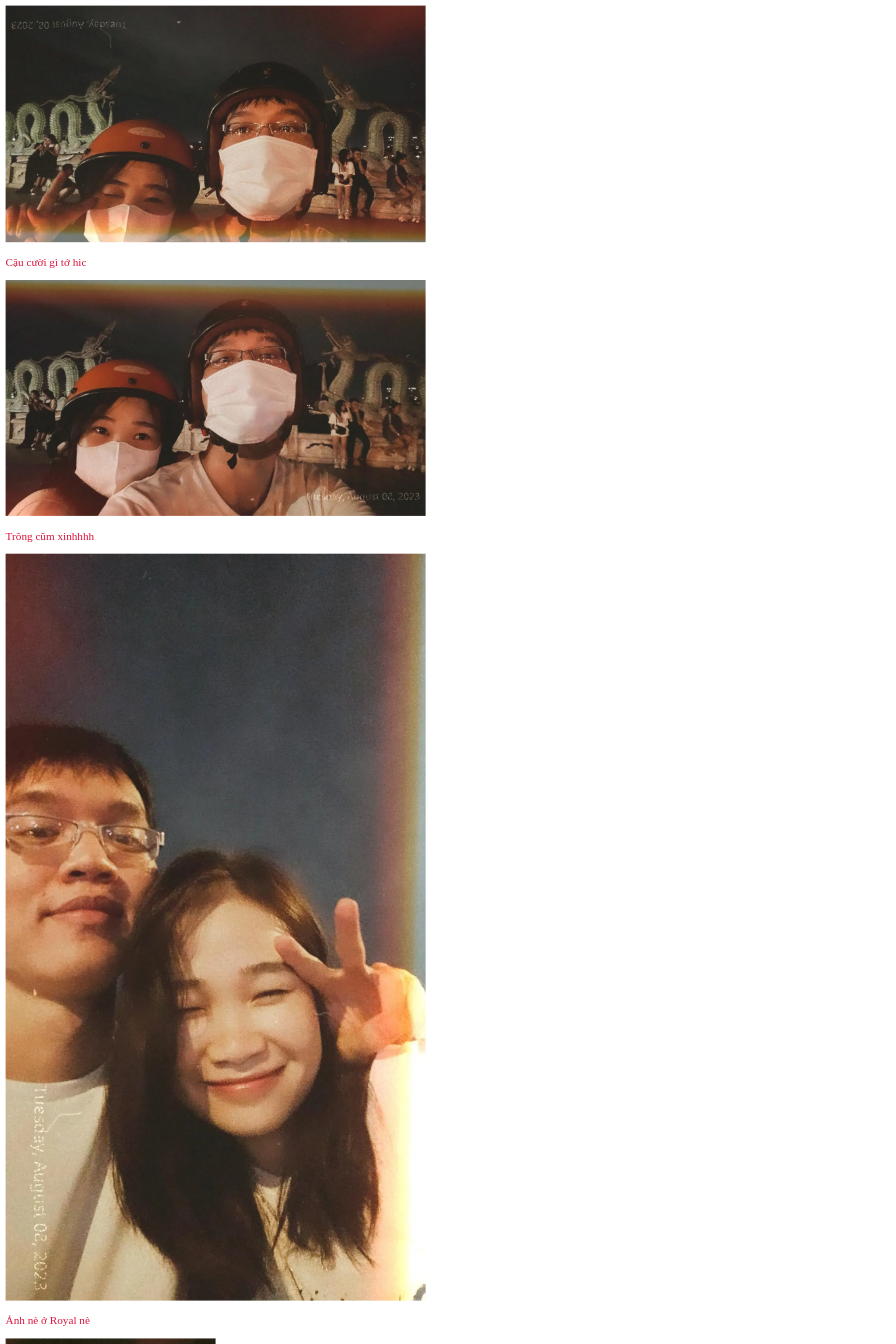
Repository: Hanhanh06/0907
Page: code/0908.html
The author's editor kept a copy of each file at every save. The page is drawn from the files as they stood at one save, then again after a run of saves.
The browser window is 1280 px wide. The pictures show the part of the page from y = 0 to 1920 px (the page is 5915 px tall before and 5577 px after), at 70% of full size.

Above is the page before, as saved 2023-08-09 21:46:38.

### code/0908.html
<!DOCTYPE html>
<html lang="en">
<head>
    <meta charset="UTF-8">
    <meta name="viewport" content="width=device-width, initial-scale=1.0">
    <title>Document</title>
</head>

        <head>

        </head>
        <body>


       <img src="001.jpg" alt="Hình ảnh không tồn tại" width="600px">
       <p style="color: crimson;font-size: 16px;"> Cậu cười gì tớ hic </p>
       <img src="002.jpg" alt="Hình ảnh không tồn tại" width="600px">
       <p style="color: crimson;font-size: 16px;"> Trông cũm xinhhhh </p>
       <img src="003.jpg" alt="Hình ảnh không tồn tại" width="600px">
       <p style="color: crimson;font-size: 16px;"> Ảnh nè ở Royal nè</p>
       <img src="004.jpg" alt="Hình ảnh không tồn tại" width="300px">
       <p style="color: crimson;font-size: 16px;"> Xem phim nà </p>
       <img src="005.jpg" alt="Hình ảnh không tồn tại" width="600px">
       <p style="color: crimson;font-size: 16px;"> Trông cũm xinhhhh </p>
       <img src="006.jpg" alt="Hình ảnh không tồn tại" width="600px">
       <p style="color: crimson;font-size: 16px;"> Ảnh nè ở Royal nè</p>
       <img src="007.jpg" alt="Hình ảnh không tồn tại" width="300px">
       <p style="color: crimson;font-size: 16px;"> Xem phim nà </p>
       <img src="008.jpg" alt="Hình ảnh không tồn tại" width="300px">
       <p style="color: crimson;font-size: 16px;"> Xem phim nà </p>


</body>
</html>

After the next 2 saves:
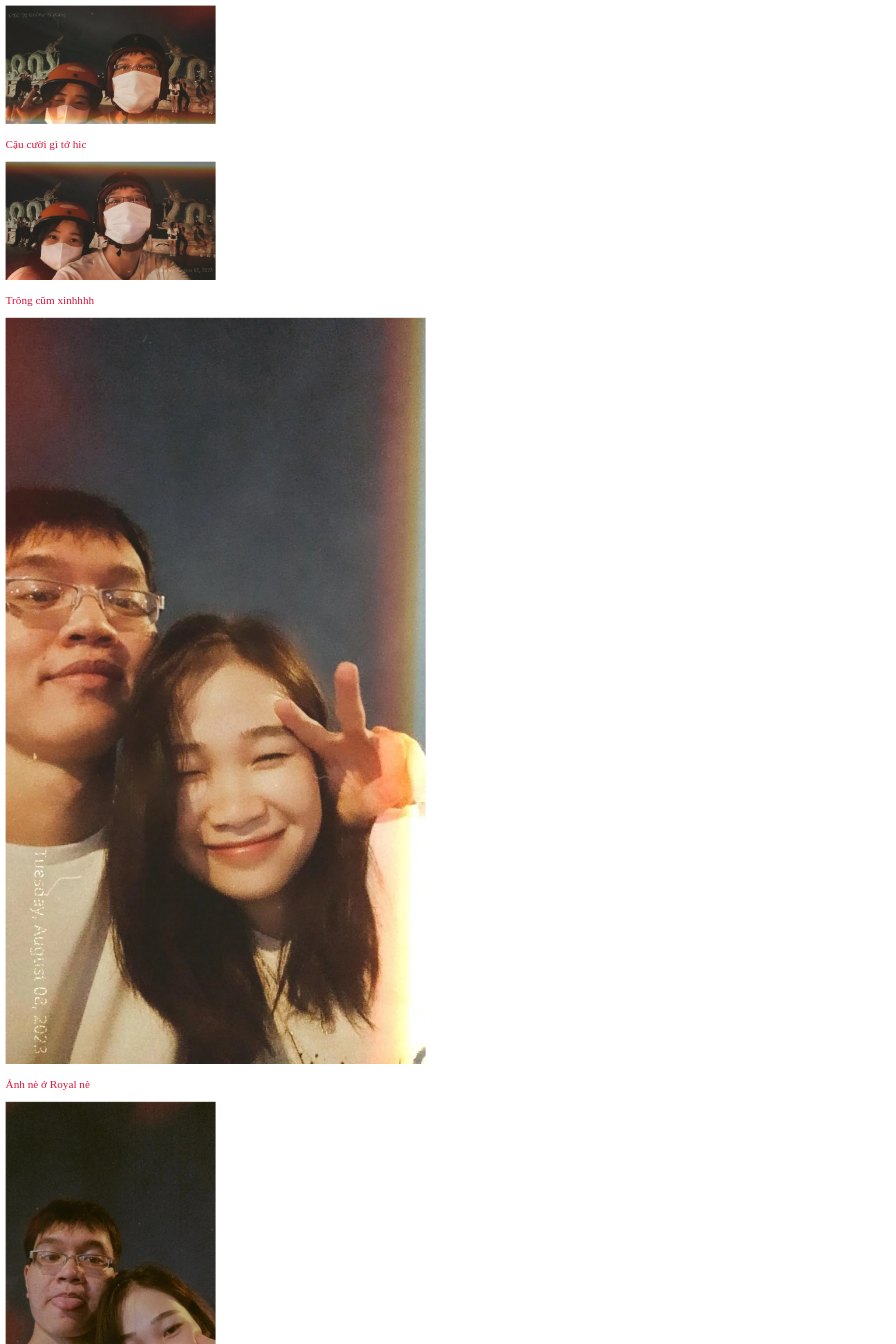
The 2 saves are shown as one change because they came seconds apart.
The last was saved 17 s later.
--- a/code/0908.html
+++ b/code/0908.html
@@ -12,9 +12,9 @@
         <body>
 
 
-       <img src="001.jpg" alt="Hình ảnh không tồn tại" width="600px">
+       <img src="001.jpg" alt="Hình ảnh không tồn tại" width="300px">
        <p style="color: crimson;font-size: 16px;"> Cậu cười gì tớ hic </p>
-       <img src="002.jpg" alt="Hình ảnh không tồn tại" width="600px">
+       <img src="002.jpg" alt="Hình ảnh không tồn tại" width="300px">
        <p style="color: crimson;font-size: 16px;"> Trông cũm xinhhhh </p>
        <img src="003.jpg" alt="Hình ảnh không tồn tại" width="600px">
        <p style="color: crimson;font-size: 16px;"> Ảnh nè ở Royal nè</p>
